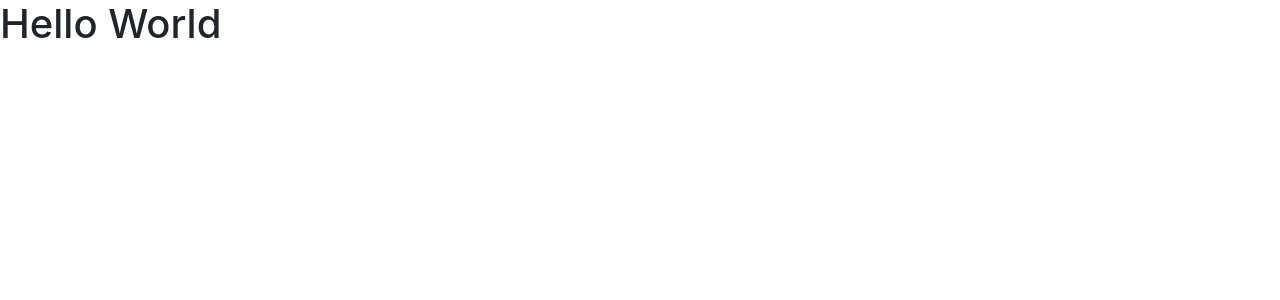
Repository: smk87/First-React-App
Page: /
These files come from the project's save history. The page is drawn as it stood at one moment and after a run of saves; the edit follows.
The browser window is 1280 px wide. The pictures show the whole page.
The project was rebuilt for these pictures with package versions that can differ from the ones it lists, and the page was loaded fresh each time. Also part of the build but not shown: src/App.css, src/App.js.

Above is the page before, as saved 2019-01-04 20:11:31.

### public/index.html
<!DOCTYPE html>
<html lang="en">
  <head>
    <meta charset="utf-8" />
    <link rel="shortcut icon" href="%PUBLIC_URL%/favicon.ico" />
    <meta
      name="viewport"
      content="width=device-width, initial-scale=1, shrink-to-fit=no"
    />
    <meta name="theme-color" content="#000000" />
    <!--
      manifest.json provides metadata used when your web app is added to the
      homescreen on Android. See https://developers.google.com/web/fundamentals/web-app-manifest/
    -->
    <link rel="manifest" href="%PUBLIC_URL%/manifest.json" />
    <!--
      Notice the use of %PUBLIC_URL% in the tags above.
      It will be replaced with the URL of the `public` folder during the build.
      Only files inside the `public` folder can be referenced from the HTML.

      Unlike "/favicon.ico" or "favicon.ico", "%PUBLIC_URL%/favicon.ico" will
      work correctly both with client-side routing and a non-root public URL.
      Learn how to configure a non-root public URL by running `npm run build`.
    -->
    <title>Cart by React</title>
  </head>
  <body>
    <noscript>You need to enable JavaScript to run this app.</noscript>
    <div id="root"></div>
    <!--
      This HTML file is a template.
      If you open it directly in the browser, you will see an empty page.

      You can add webfonts, meta tags, or analytics to this file.
      The build step will place the bundled scripts into the <body> tag.

      To begin the development, run `npm start` or `yarn start`.
      To create a production bundle, use `npm run build` or `yarn build`.
    -->
  </body>
</html>

### src/index.js
import React from "react";
import ReactDOM from "react-dom";
import "./index.css";
import App from "./App";
import * as serviceWorker from "./serviceWorker";
import "bootstrap/dist/css/bootstrap.css";
import Counter from "./components/counter";

ReactDOM.render(<Counter />, document.getElementById("root"));

// If you want your app to work offline and load faster, you can change
// unregister() to register() below. Note this comes with some pitfalls.
// Learn more about service workers: http://bit.ly/CRA-PWA
serviceWorker.unregister();

### src/components/counter.jsx
import React, { Component } from "react";

class Counter extends Component {
  //state = {  }
  render() {
    return <h1>Hello World</h1>;
  }
}

export default Counter;

Loaded but not shown: src/index.css (common file); src/serviceWorker.js (common file)

After the next 4 saves:
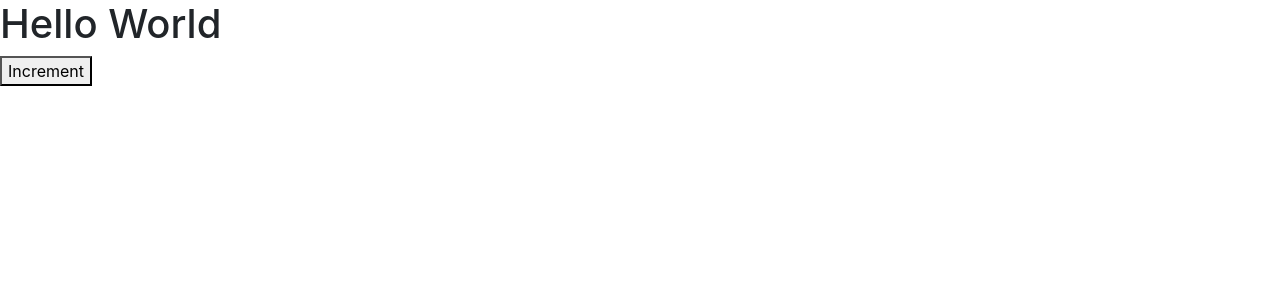
The 4 saves are shown as one change because 3 did not build or start.
The last was saved 2 min 37 s later.
--- a/src/components/counter.jsx
+++ b/src/components/counter.jsx
@@ -3,7 +3,12 @@ import React, { Component } from "react";
 class Counter extends Component {
   //state = {  }
   render() {
-    return <h1>Hello World</h1>;
+    return (
+      <div>
+        <h1>Hello World</h1>
+        <button>Increment</button>
+      </div>
+    );
   }
 }
 
